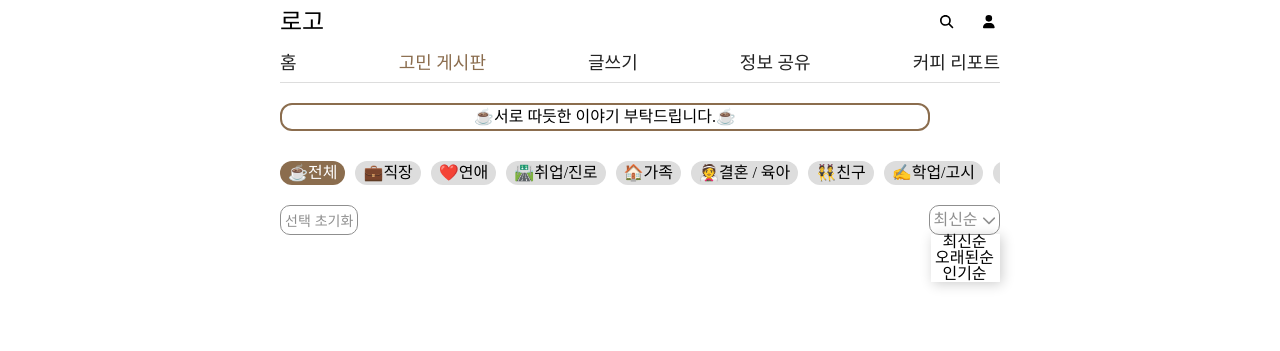
Repository: zlazlazla35/coffee
Page: /list
An editor plug-in stored every save of this project. The page is shown before and after the next save, followed by the edit.
The browser window is 1280 px wide. The pictures show the whole page.
Some web fonts or font styles are not loaded; a fallback is used. The project was rebuilt for these pictures with package versions that can differ from the ones it lists, and the page was loaded fresh each time. The framework's server and built-in components were replaced by stand-ins that run in the browser. Also part of the build but not shown: next.config.mjs.

Above is the page before, as saved 2024-12-26 18:33:09.

### src/app/layout.js
import { Geist, Geist_Mono } from "next/font/google";
import "./globals.css";
import Link from "next/link";
import { FontAwesomeIcon } from '@fortawesome/react-fontawesome'
import { faMagnifyingGlass, faUser } from '@fortawesome/free-solid-svg-icons'
import NavMenu from "./component/NavMenu";

const geistSans = Geist({
  variable: "--font-geist-sans",
  subsets: ["latin"],
});

const geistMono = Geist_Mono({
  variable: "--font-geist-mono",
  subsets: ["latin"],
});

export const metadata = {
  title: "Create Next App",
  description: "Generated by create next app",
};

export default function RootLayout({ children }) {
  return (
    <html lang="en">
      <body className={`${geistSans.variable} ${geistMono.variable}`}>
        <div className="nav_bar">
          <div className="nav_bar_top">
            <Link className="logo" href={'/'}>로고</Link>
            <div className="userBox">
              <button>
                <FontAwesomeIcon icon={faMagnifyingGlass} />
              </button>
              <button>
                <FontAwesomeIcon icon={faUser} />
              </button>
            </div>
          </div>
          <div className="nav_bar_bottom">
          <NavMenu></NavMenu>
          </div>
        </div>
        {children}
      </body>
    </html>
  );
}

### src/app/list/page.js
'use client'
import { useState } from "react"
import { FontAwesomeIcon } from '@fortawesome/react-fontawesome'
import { faChevronDown } from '@fortawesome/free-solid-svg-icons'

export default function List() {
    let [tagList, setTagList] = useState(['☕전체', '💼직장', '❤️연애', '🛣️취업/진로', '🏠가족', '👰결혼 / 육아', '👯친구', '✍️학업/고시', '🚫중독', '💰사업 / 금전', '💉질병 / 질환']);
    let [tagActive, setTagActive] = useState([true, false, false, false, false, false, false, false, false, false, false])







    return (
        <div className="liset_page">
            <div className="top_border">
                ☕서로 따듯한 이야기 부탁드립니다.☕
            </div>
            <div className="tag">
                <ul className="tag_list">
                    {
                        tagList.map((item, i) => {

                            return (
                                <li className={tagActive[i] == true ? 'on' : null} key={i} onClick={(e) => {
                                    let copy = [...tagActive];

                                    if (copy[i] == false) {
                                        copy[i] = true;
                                        setTagActive(copy);
                                    } else {
                                        copy[i] = false;
                                        setTagActive(copy);
                                    }

                                    if (e.target.innerHTML !== '☕전체') {
                                        copy[0] = false;
                                        setTagActive(copy);
                                    } else {
                                        let copy2 = [true, false, false, false, false, false, false, false, false, false, false];
                                        setTagActive(copy2);
                                    }
                                }} >{item}</li>
                            )
                        })
                    }
                </ul>
            </div>
            <div className="filterBox">
                <button className="tag_reset">선택 초기화</button>
                <div className="filterSelectBox">
                    <h2 className="title">최신순<FontAwesomeIcon icon={faChevronDown} /></h2>
                    <ul className="filterSelect">
                        <li>최신순</li>
                        <li>오래된순</li>
                        <li>인기순</li>
                    </ul>
                </div>
            </div>
        </div>
    )
}

//

### src/app/globals.css
@font-face {
    font-family: 'Ownglyph_StudyHard-Rg';
    src: url('https://fastly.jsdelivr.net/gh/projectnoonnu/2411-3@1.0/Ownglyph_StudyHard-Rg.woff2') format('woff2');
    font-weight: normal;
    font-style: normal;
}
/* /styles/reset.css */
body {font-family: 'Ownglyph_StudyHard-Rg' !important;}
html, body, div, span, applet, object, iframe,
h1, h2, h3, h4, h5, h6, p, blockquote, pre,
a, abbr, acronym, address, big, cite, code,
del, dfn, em, img, ins, kbd, q, s, samp,
small, strike, strong, sub, sup, tt, var,
b, u, i, center,
dl, dt, dd, ol, ul, li,
fieldset, form, label, legend,
table, caption, tbody, tfoot, thead, tr, th, td,
article, aside, canvas, details, embed,
figure, figcaption, footer, header, hgroup,
menu, nav, output, ruby, section, summary,
time, mark, audio, video {
	margin: 0;
	padding: 0;
	border: 0;
	font-size: 100%;
	font: inherit;
	vertical-align: baseline;
}
/* HTML5 display-role reset for older browsers */
article, aside, details, figcaption, figure,
footer, header, hgroup, menu, nav, section {
	display: block;
}
body {
	line-height: 1;
}
ol, ul {
	list-style: none;
}
blockquote, q {
	quotes: none;
}
blockquote:before, blockquote:after,
q:before, q:after {
	content: '';
	content: none;
}
table {
	border-collapse: collapse;
	border-spacing: 0;
}
input:focus {outline: none;}
a {text-decoration: none; color: inherit;}


.nav_bar {width: 100%; max-width: 720px; margin: 0 auto;}
.nav_bar .nav_bar_top {width: 100%; display: flex; align-items: center; justify-content: space-between; box-sizing: border-box; padding: 10px 0; }
.nav_bar .nav_bar_top .logo {font-size: 24px; }
.nav_bar .nav_bar_top .userBox {display: flex; align-items: center;}
.nav_bar .nav_bar_top .userBox button {width: 22px; display: block; background: none; border: none; padding: 0;}
.nav_bar .nav_bar_top .userBox button {margin-right: 20px;}
.nav_bar .nav_bar_top .userBox button:last-child {margin-right: 0;}
.nav_bar .nav_bar_bottom {width: 100%; }
.nav_bar .nav_bar_bottom .nav_list {display: flex; align-items: center; justify-content: space-between; box-sizing: border-box; padding: 10px 0; border-bottom: 1px solid #ddd;}
.nav_bar .nav_bar_bottom .nav_list li { font-size: 18px; color: #232323; }
.nav_bar .nav_bar_bottom .nav_list li a.active {color: #8b6d4e; }


.liset_page {width: 100%; max-width: 720px; margin: 0 auto;}
.liset_page .top_border {width: 100%; max-width: 650px; border: 2px solid #8b6d4e; border-radius: 12px; display: flex; align-items: center; justify-content: center; font-size: 16px; box-sizing: border-box; padding: 4px; margin: 20px 0 30px;}
.liset_page .tag {width: 100%;}
.liset_page .tag .tag_list {width: 100%; display: flex; align-items: center; white-space: nowrap; overflow-x: scroll;}
.liset_page .tag .tag_list::-webkit-scrollbar {height: 8px;}
.liset_page .tag .tag_list::-webkit-scrollbar-thumb {background: #a89f96; border-radius: 10px; }
.liset_page .tag .tag_list::-webkit-scrollbar-track {background: rgba(123, 87, 8, 0.1); }
.liset_page .tag .tag_list li {background: #ddd; font-size: 16px; box-sizing: border-box; padding: 4px 8px; border-radius: 12px; margin-right: 10px; cursor: pointer;}
.liset_page .tag .tag_list li:last-child {margin-right: 0;}
.liset_page .tag .tag_list li.on {background: #8b6d4e; color: #fff;}
.liset_page .filterBox {width: 100%; display: flex; align-items: center; justify-content: space-between;}
.liset_page .filterBox .filterSelectBox {display: flex; position: relative; border: 1px solid #8f8f8f; border-radius: 10px; width: 100%; max-width: 69px; height: 28px; align-items: center; justify-content: center; margin: 20px 0;}
.liset_page .filterBox .filterSelectBox .title {font-size: 16px; color: #8f8f8f;}
.liset_page .filterBox .filterSelectBox .title svg {font-size: 14px; margin-left: 4px;}
.liset_page .filterBox .filterSelectBox .filterSelect {position: absolute; left: 50%; top: 28px; width: 100%; transform: translateX(-50%);}
.liset_page .filterBox .filterSelectBox .filterSelect {width: 100%; box-shadow: 2px 2px 12px rgba(0, 0, 0, 0.2);}
.liset_page .filterBox .filterSelectBox .filterSelect li {width: 100%; text-align: center;}


.liset_page .filterBox .tag_reset{display: inline-block; box-sizing: border-box; padding: 4px; border: 1px solid #8f8f8f; background: none; color: #8f8f8f; font-size: 14px; border-radius: 10px;}

### src/app/component/NavMenu.js
'use client'

import Link from "next/link";
import { usePathname } from "next/navigation";

export default function NavMenu() {
    const pathname = usePathname();

    return (
        <ul className="nav_list">
            <li>
                <Link href={'/'}>홈</Link>
            </li>
            <li>
                <Link className={pathname == '/list'? 'active' : null} href={'/list'}>고민 게시판</Link>
            </li>
            <li>
                <Link className={pathname == '/writing'? 'active' : null} href={'/writing'}>글쓰기</Link>
            </li>
            <li>
                <Link className={pathname == '/share'? 'active' : null} href={'/share'}>정보 공유</Link>
            </li>
            <li>
                <Link className={pathname == '/report'? 'active' : null} href={'/report'}>커피 리포트</Link>
            </li>
        </ul>
    )
}

After the next save:
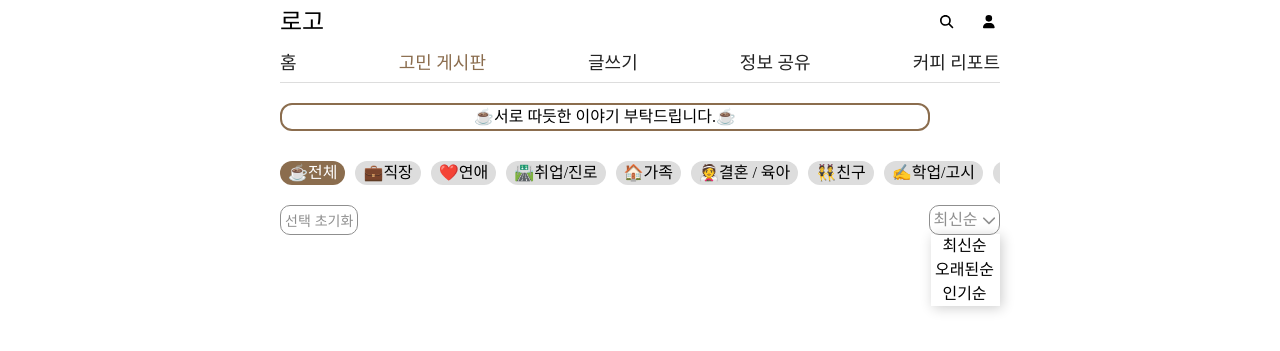
Saved 8 s later.
--- a/src/app/globals.css
+++ b/src/app/globals.css
@@ -82,7 +82,7 @@ a {text-decoration: none; color: inherit;}
 .liset_page .filterBox .filterSelectBox .title svg {font-size: 14px; margin-left: 4px;}
 .liset_page .filterBox .filterSelectBox .filterSelect {position: absolute; left: 50%; top: 28px; width: 100%; transform: translateX(-50%);}
 .liset_page .filterBox .filterSelectBox .filterSelect {width: 100%; box-shadow: 2px 2px 12px rgba(0, 0, 0, 0.2);}
-.liset_page .filterBox .filterSelectBox .filterSelect li {width: 100%; text-align: center;}
+.liset_page .filterBox .filterSelectBox .filterSelect li {width: 100%; text-align: center; box-sizing: border-box; padding: 4px 0;}
 
 
 .liset_page .filterBox .tag_reset{display: inline-block; box-sizing: border-box; padding: 4px; border: 1px solid #8f8f8f; background: none; color: #8f8f8f; font-size: 14px; border-radius: 10px;}
